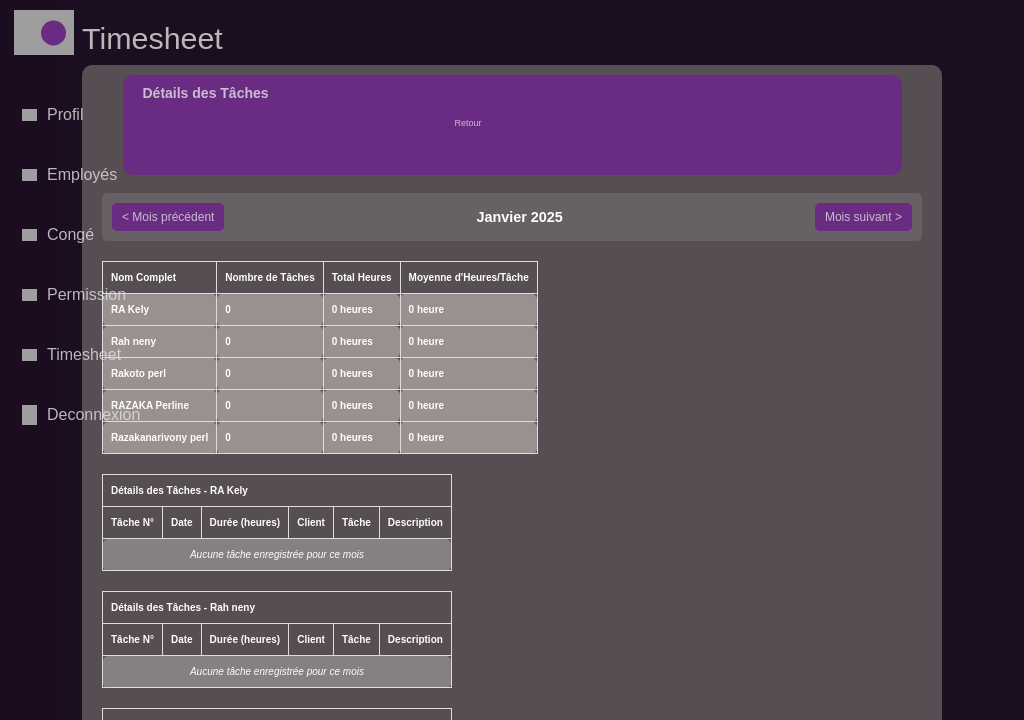
Repository: Fandresena19/Gestion-employe
Page: http://localhost/phpmailer/Assets/responsable/vue/detail_timesheet.php?mois=1&annee=2025
The author's editor kept a copy of each file at every save. The page is drawn from the files as they stood at one save, then again after the next save.
The browser window is 1024 px wide. The pictures show the whole page.
Pictures or frames that could not be fetched are drawn as grey boxes. An inner scrolling area shows only its first screen. Some web fonts or font styles are not loaded; a fallback is used. The page is run by PHP 8.4 with error messages shown; the project is at /var/www/html/. The database holds what the project's SQL file puts in it.

Above is the page before, as saved 2025-05-12 10:56:52.

### Assets/responsable/vue/detail_timesheet.php
<?php
include('../other/head.php');

// Récupération du mois et de l'année actuels ou des paramètres passés dans l'URL
$moisActuel = isset($_GET['mois']) ? intval($_GET['mois']) : intval(date('m'));
$anneeActuelle = isset($_GET['annee']) ? intval($_GET['annee']) : intval(date('Y'));

// Vérification de la validité du mois
if ($moisActuel < 1) {
  $moisActuel = 12;
  $anneeActuelle--;
} elseif ($moisActuel > 12) {
  $moisActuel = 1;
  $anneeActuelle++;
}

// Date du premier jour du mois
$premierJourDuMois = $anneeActuelle . '-' . str_pad($moisActuel, 2, '0', STR_PAD_LEFT) . '-01';
// Date du dernier jour du mois
$dernierJourDuMois = date('Y-m-t', strtotime($premierJourDuMois));

// Noms des mois pour l'affichage
$nomsMois = [
  1 => 'Janvier',
  2 => 'Février',
  3 => 'Mars',
  4 => 'Avril',
  5 => 'Mai',
  6 => 'Juin',
  7 => 'Juillet',
  8 => 'Août',
  9 => 'Septembre',
  10 => 'Octobre',
  11 => 'Novembre',
  12 => 'Décembre'
];

// Calcul du mois précédent et suivant pour la navigation
$moisPrecedent = $moisActuel - 1;
$anneePrecedente = $anneeActuelle;
if ($moisPrecedent < 1) {
  $moisPrecedent = 12;
  $anneePrecedente--;
}

$moisSuivant = $moisActuel + 1;
$anneeSuivante = $anneeActuelle;
if ($moisSuivant > 12) {
  $moisSuivant = 1;
  $anneeSuivante++;
}

// Vérifier si l'utilisateur est un responsable
$estResponsable = false;
if (isset($_SESSION['id_user']) && isset($_SESSION['role'])) {
  $estResponsable = ($_SESSION['role'] === 'Responsable');
}

// D'abord récupérer tous les employés
$requeteEmployes = $bdd->query('SELECT matricule_emp, nom_emp, prenom_emp FROM employer_login ORDER BY nom_emp');

// Tableau pour stocker les informations des employés
$employesInfos = [];

// Initialiser les données pour tous les employés
while ($employe = $requeteEmployes->fetch(PDO::FETCH_ASSOC)) {
  $matricule = $employe['matricule_emp'];

  $employesInfos[$matricule] = [
    'nom_complet' => $employe['nom_emp'] . ' ' . $employe['prenom_emp'],
    'total_heures' => 0,
    'nb_taches' => 0,
    'taches' => []
  ];
}

// Requête pour récupérer toutes les tâches du mois pour tous les employés
$requeteTaches = $bdd->prepare('
    SELECT t.*, e.nom_emp, e.prenom_emp
    FROM timesheet t
    JOIN employer_login e ON e.matricule_emp = t.matricule_emp
    WHERE t.date_tache BETWEEN :debut AND :fin
    ORDER BY e.matricule_emp, t.date_tache DESC
');

$requeteTaches->execute([
  'debut' => $premierJourDuMois,
  'fin' => $dernierJourDuMois
]);

// Compléter les informations des employés avec leurs tâches
while ($tache = $requeteTaches->fetch(PDO::FETCH_ASSOC)) {
  $matricule = $tache['matricule_emp'];

  if (isset($employesInfos[$matricule])) {
    $tacheInfo = [
      'id_timesheet' => $tache['id_timesheet'],
      'tache' => $tache['tache'],
      'date_tache' => $tache['date_tache'],
      'duree_tache' => $tache['duree_tache'],
      'client' => $tache['client'],
      'description_tache' => $tache['description_tache'],
      'note' => $tache['note']
    ];

    $employesInfos[$matricule]['taches'][] = $tacheInfo;
    $employesInfos[$matricule]['total_heures'] += intval($tache['duree_tache']);
    $employesInfos[$matricule]['nb_taches']++;
  }
}

// Comptage des tâches pour chaque employé dans le mois sélectionné
foreach ($employesInfos as $matricule => &$employe) {
  $stmt = $bdd->prepare('
        SELECT COUNT(*) AS total, SUM(duree_tache) AS heures_totales
        FROM timesheet
        WHERE matricule_emp = :matricule AND date_tache BETWEEN :debut AND :fin
    ');
  $stmt->execute([
    'matricule' => $matricule,
    'debut' => $premierJourDuMois,
    'fin' => $dernierJourDuMois
  ]);
  $result = $stmt->fetch(PDO::FETCH_ASSOC);
  $employe['nb_taches'] = $result['total'] ?: 0;
  $employe['total_heures'] = $result['heures_totales'] ?: 0;
}
unset($employe); // Détruire la référence à la dernière valeur
?>

<style>
  html,
  body {
    height: 100%;
    margin: 0;
    overflow: hidden;
  }

  .contenu {
    flex-grow: 1;
    display: flex;
    flex-direction: column;
    margin-top: -2% !important;
    overflow-y: auto;
  }

  .contenu header {
    flex-shrink: 0;
  }

  .navigation {
    display: flex;
    justify-content: space-between;
    align-items: center;
    margin-bottom: 20px;
    background-color: rgba(255, 255, 255, 0.1);
    padding: 10px;
    border-radius: 5px;
  }

  .navigation button{
    background-color: #6A2C82;
    border: none;
    padding: 5px 10px;
    border-radius: 5px;
  }

  .mois-actuel {
    font-size: 1.2em;
    font-weight: bold;
    color: white;
  }

  .nav-buttons {
    display: flex;
    gap: 10px;
  }

  .scrollbar {
    max-height: 70vh;
    overflow-y: auto;
    padding-right: 5px;
  }

  table {
    width: 100%;
    border-collapse: collapse;
    margin-bottom: 20px;
  }

  th,
  td {
    border: 1px solid #ddd;
    padding: 8px;
    text-align: left;
    color: white !important;
  }

  tr:hover {
    background-color: transparent !important;
  }

  .recap-header {
    background-color: rgb(154, 144, 144);
    font-weight: bold;
  }

  .tache-row {
    background-color: rgba(100, 149, 237, 0.7);
  }

  .no-tache {
    background-color: rgba(180, 180, 180, 0.5);
    font-style: italic;
  }

  .bouton-retour {
    margin-right: 10px;
  }

  .header-actions {
    display: flex;
    justify-content: space-between;
    align-items: center;
    width: 100%;
  }

  .tache-detail {
    margin-bottom: 5px;
  }

  .tache-description {
    max-width: 300px;
    overflow: hidden;
    text-overflow: ellipsis;
    white-space: nowrap;
  }
</style>

<div class="annotation">
  <h2>Timesheet</h2>
</div><br>

<div class="contenu">
  <header>
    <div class="header-actions">
      <h4>Détails des Tâches</h4>
      <div class="bouton bouton-retour">
        <a href="./liste_timesheet.php"><button type="submit">Retour</button></a>
      </div>
    </div>
  </header> <br />

  <div class="navigation">
    <a href="?mois=<?php echo $moisPrecedent; ?>&annee=<?php echo $anneePrecedente; ?>">
      <button type="button">&lt; Mois précédent</button>
    </a>
    <div class="mois-actuel">
      <?php echo $nomsMois[$moisActuel] . ' ' . $anneeActuelle; ?>
    </div>
    <a href="?mois=<?php echo $moisSuivant; ?>&annee=<?php echo $anneeSuivante; ?>">
      <button type="button">Mois suivant &gt;</button>
    </a>
  </div>

  <div class="scrollbar">
    <table>
      <thead>
        <tr>
          <th>Nom Complet</th>
          <th>Nombre de Tâches</th>
          <th>Total Heures</th>
          <th>Moyenne d'Heures/Tâche</th>
        </tr>
      </thead>
      <tbody>
        <?php foreach ($employesInfos as $matricule => $employe): ?>
          <tr class="recap-header">
            <td><?php echo $employe['nom_complet']; ?></td>
            <td><?php echo $employe['nb_taches']; ?></td>
            <td><?php echo $employe['total_heures']; ?> heures</td>
            <td>
              <?php
              echo $employe['nb_taches'] > 0
                ? round($employe['total_heures'] / $employe['nb_taches'], 1) . ' heures'
                : '0 heure';
              ?>
            </td>
          </tr>
        <?php endforeach; ?>
      </tbody>
    </table>

    <?php foreach ($employesInfos as $matricule => $employe): ?>
      <table>
        <thead>
          <tr>
            <th colspan="6">Détails des Tâches - <?php echo $employe['nom_complet']; ?></th>
          </tr>
          <tr>
            <th>Tâche N°</th>
            <th>Date</th>
            <th>Durée (heures)</th>
            <th>Client</th>
            <th>Tâche</th>
            <th>Description</th>
          </tr>
        </thead>
        <tbody>
          <?php if (empty($employe['taches'])): ?>
            <tr class="no-tache">
              <td colspan="6" style="text-align: center;">Aucune tâche enregistrée pour ce mois</td>
            </tr>
          <?php else: ?>
            <?php foreach ($employe['taches'] as $tache): ?>
              <tr class="tache-row">
                <td><?php echo $tache['id_timesheet']; ?></td>
                <td><?php echo date('d/m/Y', strtotime($tache['date_tache'])); ?></td>
                <td><?php echo $tache['duree_tache']; ?></td>
                <td><?php echo $tache['client']; ?></td>
                <td><?php echo $tache['tache']; ?></td>
                <td class="tache-description" title="<?php echo htmlspecialchars($tache['description_tache']); ?>">
                  <?php echo htmlspecialchars($tache['description_tache']); ?>
                </td>
              </tr>
              <?php if (!empty($tache['note'])): ?>
                <tr>
                  <td colspan="6" class="tache-detail">
                    <strong>Note:</strong> <?php echo htmlspecialchars($tache['note']); ?>
                  </td>
                </tr>
              <?php endif; ?>
            <?php endforeach; ?>
          <?php endif; ?>
        </tbody>
      </table>
    <?php endforeach; ?>
  </div>
</div>

<?php
include('../other/foot.php');
?>

### Assets/responsable/other/head.php
<?php
session_start();

include('bd.php');

?>

<!DOCTYPE html>
<html lang="en">

<head>
  <meta charset="UTF-8">
  <meta http-equiv="X-UA-Compatible" content="IE=edge">
  <meta name="viewport" content="width=device-width, initial-scale=1.0">
  <link rel="stylesheet" href="../../bootstrap4/css/bootstrap.min.css">
  <link rel="stylesheet" href="../../bootstrap4/boxicons-2.1.4/css/boxicons.min.css">
  <link rel="stylesheet" href="../../css/style_nav.css">
  <link rel="stylesheet" href="../../css/conge.css">
  <link rel="stylesheet" href="../../css/modif_emp.css">
  <link rel="stylesheet" href="../../css/modal.css">
  <title>Responsable</title>

</head>

<body>

  <div class="container-fluid">
    <div id="container">

      <nav class="sidebar" id="side_nav">
        <header>
          <div class="image-text">
            <span class="image">
              <img src="../../Icone/Logo.png" alt="">
            </span>

            <div class="text header-text">
              <span class="resplonsable">Responsable</span>
            </div>
          </div>

          <i class="bx bx-chevron-right toggle"></i>
        </header>

        <div class="menu-bar">
          <div class="menu">

            <ul class="list-unstyled nav-links">
              <a href="../vue/pageresponsable.php">
                <li><img src="../../Icone/home.png" alt="" width="25px" class="icone"><span>Profil</span></li>
              </a>
              <a href="../vue/liste_employe.php">
                <li><img src="../../Icone/user.png" alt="" width="25px" class="icone"><span>Employés</span></li>
              </a>
              <a href="../vue/liste_conge.php">
                <li><img src="../../Icone/leave.png" alt="" width="20px" class="icone"><span>Congé</span></li>
              </a>
              <a href="../vue/liste_permission.php">
                <li class=""><img src="../../Icone/permission.png" alt="" width="20px" class="icone"><span>Permission</span></li>
              </a>
              <a href="../vue/detail_timesheet.php">
                <li><img src="../../Icone/timesheet.png" alt="" width="20px" class="icone"><span>Timesheet</span></li>
              </a>
              <a href="#">
                <li onclick="document.getElementById('id01').style.display='block'"><img src="../../Icone/logout.png" alt="" width="-25px" height="20px" class="icone"><span>Deconnexion</span></li>
              </a><br>

            </ul>
          </div>
        </div>
      </nav>

      <div id="id01" class="modal">
        <span onclick="document.getElementById('id01').style.display='none'" class="close">×</span>
        <form class="modal-content" action="">
          <div class="container">
            <h1>Deconnexion</h1>
            <p>Voulez-vous vraiment se deconnecter?</p>

            <div class="clearfix">
              <a href="../../other/logout.php"><button type="button" onclick="document.getElementById('id01').style.display='none'" class="deletebtn">Oui</button></a>
              <button type="button" onclick="document.getElementById('id01').style.display='none'" class="cancelbtn">Non</button>
            </div>
          </div>
        </form>
      </div>

      <div class="dashboard" id="Main">

### Assets/responsable/other/bd.php
<?php

$servername = "localhost";
$dbname = "gestion_employe";
$username = "root";
$password = '';

try{
    $bdd = new PDO("mysql:host=$servername;dbname=$dbname" ,$username , $password);
    $bdd->setAttribute(PDO::ATTR_ERRMODE, PDO::ERRMODE_EXCEPTION);

    return $bdd;
}catch(PDOException $e){
    die('Erreur de connexion' . $e->getMessage());
}


?>

### Assets/responsable/other/foot.php
</div>
  </div>

  <script src="../../js/Sidebar.js"></script>
</body>

</html>

### Assets/css/style_nav.css
*{
    font-family: Arial, Helvetica, sans-serif;
    margin: 0;
    padding: 0;
    box-sizing: border-box;
    color: var(--text-color);
}

:root{
    /* Couleur */
    --bg-nav: #1B0C20;
    --bg-body: #1B0E20;
    --body-second-bg: #6a6363bf;
    --bouton-hover : #C4BCBC;
    --active: #6A2C82;
    --text-color: #e0e0e0ce;
    --menu-color: #14041ae6;

    /* transition */
    --trans-02: all 0.2s ease;
    --trans-03: all 0.3s ease;
    --trans-04: all 0.4s ease;
    --trans-05: all 0.5s ease;
}

body{
    height: 100%;
    background-color: var(--bg-body);

}

/* ==== Sidebar ==== */
.sidebar{
    position: fixed;
    top: 0;
    left: 0;
    height: 100%;
    width: 250px;
    padding: 10px 14px;
    z-index: 1000%;
    background-color: var(--bg-nav);
    transition: var(--trans-05);
}
.sidebar.close{
    width: 80px;
    height: 100%;
    top: 0;
    z-index: 100%;
}

/* === Contenu Sidebar === */
.sidebar.close .text{
    opacity: 0;
}
.sidebar.close .menu ul a li span{
    opacity: 0;
}
.sidebar.close .nav-links li img{
    margin-left: 25%;
}

.sidebar header{
    position: relative
}

.sidebar .image{
    min-width: 60px;
    display: flex;
    align-items: center;
}

.sidebar .image-text img{
    max-width: 60px;
    display: flex;
    justify-content: center;
}

.sidebar header .image-text{
    display: flex;
    align-items: center;
    transition: var(--trans-03);
    white-space: nowrap;
}

header .image-text .header-text{
    display: flex;
    flex-direction: column;
}

.header-text .employe{
    font-weight: 600;
    font-size: 30px;
    margin-left: 10px;
    color: var(--text-color);
}

/* Toggle */
.sidebar.sidebar.close header .toggle{
    transform: translateY(-50%);
}
.sidebar header .toggle{
    position: absolute;
    top: 50%;
    right: -25px;
    transform: translateY(-50%) rotate(180deg);
    height: 25px;
    width: 25px;
    background-color: var(--active);
    display: flex;
    align-items: center;
    justify-content: center;
    border-radius: 50%;
    font-size: 20px;
    z-index: 100%;
    transition: var(--trans-03);
}

.sidebar .menu{
    margin-top: 35px;
}

.sidebar li{
    height: 50px;
    /* background-color: var(--menu-color); */
    margin-top: 10px;
    display: flex;
    align-items: center;
    justify-content: left;
    color: var(--text-color);
    border-radius: 10px;
    transition: var(--trans-04);
}
.sidebar li .icone{
    margin-left: 10px;
}

.sidebar li span{
    margin-left: 10px;
    transition: var(--trans-03);
    white-space: nowrap;
    opacity: 1;
}

.sidebar .nav-links a{
    text-decoration: none;
}

.sidebar li:hover{
    background-color: var(--menu-color);
}

/* ==active sidebar == */
.sidebar .active{
    background-color: var(--active);
}
.sidebar .active:hover{
    background-color: var(--active);
}


/* ==== dashboard ==== */
.dashboard{
    position: relative;
    height: auto;
    left: 250px;
    width: calc(100% - 250px);
    /* background-color: red; */
    transition: var(--trans-05);
}

.sidebar.close ~ .dashboard{
    left: 50px;
    width: calc(100% - 50px);
}

@media screen and (max-width: 1075px) {
    .sidebar {
        width: 60px;
        height: 100%;
        z-index: 1000;
    }

    .sidebar .text,
    .sidebar .menu ul a li .Stexte {
        opacity: 0;
    }

    .sidebar .nav-links li img {
        margin-left: 25%;
        width: 15px;
    }

    .sidebar header .toggle {
        right: -20px;
    }
.contenu{
    width: 100%;
}
    .dashboard {
        left: 0px;
        right: 0px;
        width: calc(100% - 0px);
    }
}

@media screen and (max-width: 768px) {
    .sidebar {
        width: 60px;
        height: 100%;
        z-index: 1000;
    }

    .sidebar .text,
    .sidebar .menu ul a li .Stexte {
        opacity: 0;
    }

    .siderbar .menu ul a .notification-badge .badge{
        opacity: 1 !important;
    }

    .sidebar .nav-links li img {
        margin-left: 25%;
        width: 15px;
    }

    .sidebar header .toggle {
        right: -20px;
    }
.contenu{
    width: 100%;
}
    .dashboard {
        left: 0px;
        right: 0px;
        width: calc(100% - 0px);
    }
}

@media screen and (max-width: 480px) {
    .sidebar {
        position: fixed;
        width: 50px;
        padding: 8px;
    }

    .dashboard {
        left: 0px;
        right: 0px;
        width: calc(100% - 0px);
    }

    .header-text .employe {
        font-size: 20px;
        margin-left: 5px;
    }

    .sidebar header .toggle {
        height: 20px;
        width: 20px;
        font-size: 16px;
    }
}

### Assets/css/modif_emp.css
:root{
    /* Couleur */
    --bg-nav: #1B0C20;
    --bg-body: #1B0E20;
    --body-second-bg: #6a6363bf;
    --bouton-hover : #C4BCBC;
    --active: #6A2C82;
    --text-color: #e0e0e0ce;
    --menu-color: #14041ae6;

    /* transition */
    --trans-02: all 0.2s ease;
    --trans-03: all 0.3s ease;
    --trans-04: all 0.4s ease;
    --trans-05: all 0.5s ease;
}



input, select, textarea{
    background-color: transparent !important;
}

.bouton_confirmer{
    padding: 12px;
    width: 50%;
    margin: auto;
    font-size: 14px;
    display: flex;
    justify-content: center;
    background-color: var(--body-second-bg);
    border: none;
    border-radius: 10px;
}
.bouton_confirmer:hover{
    background-color: var(--active);
}

### Assets/css/modal.css
:root{
  /* Couleur */
  --bg-nav: #1B0C20;
  --bg-body: #1B0E20;
  --body-second-bg: #6a6363bf;
  --bouton-hover : #C4BCBC;
  --active: #6A2C82;
  --text-color: #e0e0e0ce;
  --menu-color: #14041ae6;

  /* transition */
  --trans-02: all 0.2s ease;
  --trans-03: all 0.3s ease;
  --trans-04: all 0.4s ease;
  --trans-05: all 0.5s ease;
}

/* Set a style for all buttons */
.clearfix button {
  color: white;
  padding: 10px 14px;
  margin: 10px 0;
  border: none;
  cursor: pointer;
  width: 10%;
  opacity: 0.9;
}

.clearfix button:hover {
  opacity:0.5;
}

/* Float cancel and delete buttons and add an equal width */
.cancelbtn, .deletebtn {
  width: 30%;
  border-radius: 10px;
}

/* Add a color to the cancel button */
.cancelbtn {
  background-color: #ccc;
  color: black !important;
  padding-left: 10px !important;
  padding-right: 10px !important;
}

/* Add a color to the delete button */
.deletebtn {
  background-color: #f44336;
  padding-left: 10px;
}

/* Add padding and center-align text to the container */
.container {
  padding: 16px;
  text-align: center;
}

/* The Modal (background) */
.modal {
  display: none; /* Hidden by default */
  position: fixed; /* Stay in place */
  z-index: 999; /* Sit on top */
  left: 0;
  top: 0;
  width: 100%; /* Full width */
  height: 100%; /* Full height */
  overflow: auto; /* Enable scroll if needed */
  background-color: var(--bg-body);
  padding: 10%;
}

/* Modal Content/Box */
.modal-content {
  background-color: var(--bg-body);
  margin: 5% auto 15% auto; /* 5% from the top, 15% from the bottom and centered */
  border: none;
  width: 50%; /* Could be more or less, depending on screen size */
}

/* Style the horizontal ruler */
hr {
  border: 1px solid #f1f1f1;
  margin-bottom: 25px;
}

/* The Modal Close Button (x) */
.close {
  position: absolute;
  right: 35px;
  top: 15px;
  font-size: 30px;
  font-weight: 500;
  color: #f1f1f1;
}

.close:hover,
.close:focus {
  color: #f44336;
  cursor: pointer;
}

/* Clear floats */
.clearfix::after {
  content: "";
  clear: both;
  display: table;
}

/* Change styles for cancel button and delete button on extra small screens */
@media screen and (max-width: 700px) {
  .cancelbtn, .deletebtn {
     width: 100% !important;
  }
}

### Base.sql (the tables this page reads)
CREATE TABLE `employer_login` (
  `matricule_emp` int NOT NULL AUTO_INCREMENT,
  `nom_emp` varchar(255) DEFAULT NULL,
  `prenom_emp` varchar(255) DEFAULT NULL,
  `date_embauche` date DEFAULT NULL,
  `telephone` varchar(50) DEFAULT NULL,
  `role` varchar(255) DEFAULT NULL,
  `id_service` int DEFAULT NULL,
  `mail_emp` varchar(255) DEFAULT NULL,
  `mdp_emp` varchar(100) DEFAULT NULL,
  `profil` varchar(255) CHARACTER SET utf8mb4 COLLATE utf8mb4_0900_ai_ci DEFAULT NULL COMMENT '../uploads/default.jpg',
  PRIMARY KEY (`matricule_emp`)
) ENGINE=MyISAM AUTO_INCREMENT=10 DEFAULT CHARSET=utf8mb4 COLLATE=utf8mb4_0900_ai_ci;

insert  into `employer_login`(matricule_emp,nom_emp,prenom_emp,date_embauche,telephone,role,id_service,mail_emp,mdp_emp,profil) values (2,'RAZAKA','Perline','2024-10-04','2','Simple',1,'Zafy@gmail.com','123','../../uploads/image Perline.png'),(4,'Rah','neny','2025-01-01','1','Simple',1,'Raneny@gmail.com','123','../../uploads/4neny.jpg'),(5,'RA','Kely','2025-04-03','2','Simple',1,'koto@gmail.com','1234',NULL),(6,'Razakanarivony','perl','2025-04-03','1234','Simple',1,'Randria@gmail.com','123',NULL),(7,'Rakoto','perl','2025-05-15','123456',NULL,1,'Rakotokoto@gmail','123',NULL);

CREATE TABLE `timesheet` (
  `id_timesheet` int NOT NULL AUTO_INCREMENT,
  `tache` varchar(255) DEFAULT NULL,
  `date_tache` date DEFAULT NULL,
  `duree_tache` int DEFAULT NULL,
  `client` varchar(255) DEFAULT NULL,
  `mission` varchar(255) DEFAULT NULL,
  `description_tache` text,
  `note` text,
  `matricule_emp` int DEFAULT NULL,
  PRIMARY KEY (`id_timesheet`)
) ENGINE=MyISAM AUTO_INCREMENT=11 DEFAULT CHARSET=utf8mb4 COLLATE=utf8mb4_0900_ai_ci;

insert  into `timesheet`(id_timesheet,tache,date_tache,duree_tache,client,mission,description_tache,note,matricule_emp) values (1,'Immo','2025-05-09',4,'NOVITY',NULL,'booclage','',2),(2,'Immo','2025-05-12',2,'NOVITY',NULL,'rien','',2),(3,'Immo','2025-05-12',8,'NOVITY',NULL,'ttt','',2),(4,'immo','2025-05-12',1,'NOVITY','Booclage','Booclage immo','',2),(5,'immo','2025-05-14',3,'NOVITY','Booclage','Booclage NOVITY','',2),(6,'immo','2025-05-14',1,'NOVITY','Booclage','jglqsjglkdsqjlkg','',2),(7,'immo','2025-05-14',1,'NOVITY','Booclage','ngjd','',2),(8,'immo','2025-05-14',1,'NOVITY','Booclage','hfksdh','',2),(9,'immo','2025-05-14',1,'NOVITY','Booclage','qsdfghjklm','',2),(10,'immo','2025-05-14',1,'NOVITY','Booclage','azerty','',2);

Loaded but not shown: Assets/bootstrap4/css/bootstrap.min.css (library); Assets/bootstrap4/boxicons-2.1.4/css/boxicons.min.css (library); Assets/js/Sidebar.js (7 lines, source omitted); Assets/css/conge.css (283 lines, source omitted)

After the next save:
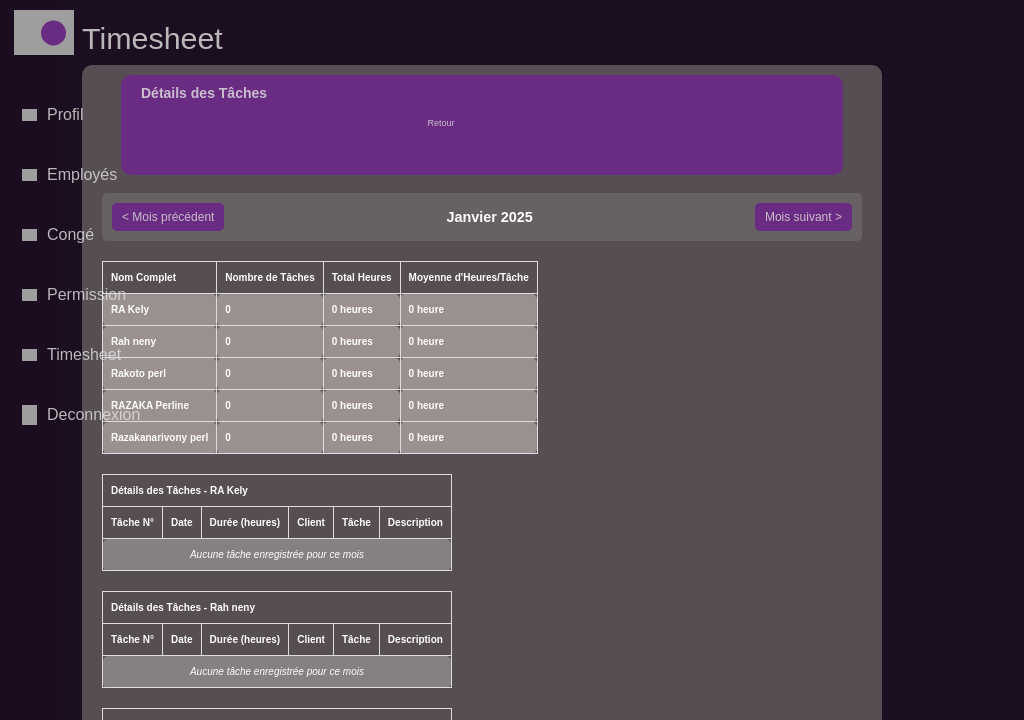
Saved 37 s later.
--- a/Assets/css/style_nav.css
+++ b/Assets/css/style_nav.css
@@ -194,7 +194,7 @@ header .image-text .header-text{
         right: -20px;
     }
 .contenu{
-    width: 100%;
+    width: calc(100% - 60px);
 }
     .dashboard {
         left: 0px;
